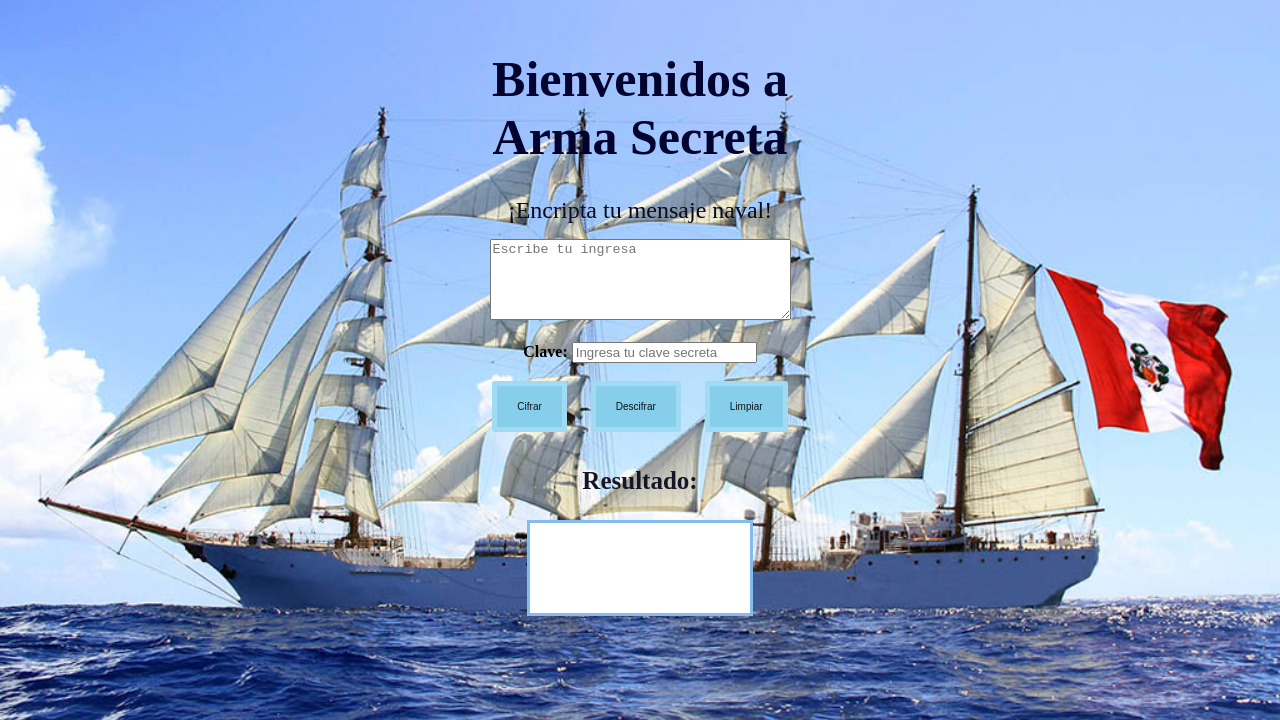
Repository: SusanaCahuantico/LIM009-Cipher
Page: src/index.html
An editor plug-in stored every save of this project. The page is shown before and after the next save, followed by the edit.
The browser window is 1280 px wide. The pictures show the whole page.

Above is the page before, as saved 2025-03-05 12:01:39.

### src/index.html

<!DOCTYPE html>
<html lang="en">
<head>
  <meta charset="UTF-8">
  <title>Arma Secreta</title>
  <link rel="stylesheet" href="style.css">
</head>
<body>
  <h1>Bienvenidos a <br>
  Arma Secreta</h1>
  <h2>¡Encripta tu mensaje naval!</h2>
  <center>
  <div class="cajita">
      <textarea id="mensaje" cols="35" rows="5" placeholder="Escribe tu ingresa"></textarea>
      <br><br>
      <strong>Clave:</strong> <input type="text" id="offset" placeholder="Ingresa tu clave secreta">
      <br><br>
      <button id="cifrar" class="btn">Cifrar</button>
      <button id="descifrar" class="btn">Descifrar</button>
      <button id="limpiar" class="btn">Limpiar</button>
      <h3>Resultado:</h3>
      <p id="result"></p>
  </div>
</center>
  <script src="cipher.js"></script>
  <script src="index.js"></script>
</body>
</html>

### src/style.css
body {
    background-image: url(fondo/fondo4.jpg);
    background-position: center;
    background-repeat: no-repeat;
    background-attachment: fixed;
    background-size: cover;
}
h1{
    text-align: center;
    margin-top: 50px;
    font-size: 50px;
    color: rgb(3, 3, 48);
}
.cajita{
    margin: auto;

}
h2{
    text-align: center;
    line-height: 20px;
    font-weight: 200;
    color: rgb(10, 10, 31);
}
h3{
    margin-top: 35px;
    color: rgb(22, 22, 41);
    font-size: 25px;
    text-align: center;
}
p{
    text-align: center;
    font-style: solid;
    width: 200px;
    height: 70px;
    background-color: white;
    border: 3px;
    padding: 10px;
    border: 3px solid rgb(133, 188, 240);
    padding: 10px;
}
.btn{
    font-size: 10px;
    background-color: skyblue;
    color: rgb(13, 19, 24);
    border: 5px solid rgb(160, 219, 243);
    padding: 15px 20px 15px 20px;
    border-radius: 3px;
    margin: 0em 1em 0em;

}

### src/cipher.js
window.cipher = {
	encode: (offset, string) => {
		const despl = parseInt(offset);
		let result = "";

		for(let i=0; i<string.length; i++){
			let number = string.charCodeAt(i);
			if(number>=65 && number<=90){
				result += String.fromCharCode((number - 65 + despl ) % 26 + 65);
			}
			else if (number === 32) {
				 result += String.fromCharCode(32);
			}
			else if (number >= 97 && number <= 122) {
				result += String.fromCharCode((number-97 + despl) % 26 + 97);
			}
			else if (number >= 33 && number <= 64) {
				result += String.fromCharCode((number - 33 + despl) % 32 + 33);
			}
			else {
				result = "Fuera de rango";
			}
		}  return result;
	},

	decode: (offset, string) => {
		const despl = parseInt(offset);
		let result = "";

		for(let i=0; i<string.length; i++){
			let number = string.charCodeAt(i);
			if(number>=65 && number<=90){
				result += String.fromCharCode((number - 65 - despl) % 26 + 65);
			}
			else if (number === 32) {
				 result += String.fromCharCode(32);
			}
			else if (number >= 97 && number <= 122) {
				result += String.fromCharCode((number - 97 - despl) % 26 + 97);
			}
			else if (number >= 33 && number <= 64) {
				result += String.fromCharCode((number - 33 - despl) % 32 + 33);
			}
			else{
				result = "Fuera de rango";
			}
		}  return result;
	},
};

### src/index.js
const offset = document.getElementById("offset");
const mensaje = document.getElementById("mensaje");
const btncifrar = document.getElementById("cifrar");
const btndescifrar = document.getElementById("descifrar");
const resulta = document.getElementById("result");
const clear = document.getElementById("limpiar");

btncifrar.addEventListener("click", () => {
    const mensajeCapturado = mensaje.value;
    const offsetCapturado = offset.value;
    resulta.innerHTML = cipher.encode(offsetCapturado, mensajeCapturado);
});

btndescifrar.addEventListener("click", () => {
    const mensajeCapturado = mensaje.value;
    const offsetCapturado = offset.value;
    resulta.innerHTML = cipher.decode(offsetCapturado, mensajeCapturado);
});

clear.addEventListener("click", () => {
    mensaje.value = " ";
    offset.value = " ";
    resulta.innerHTML = " ";
});

After the next save:
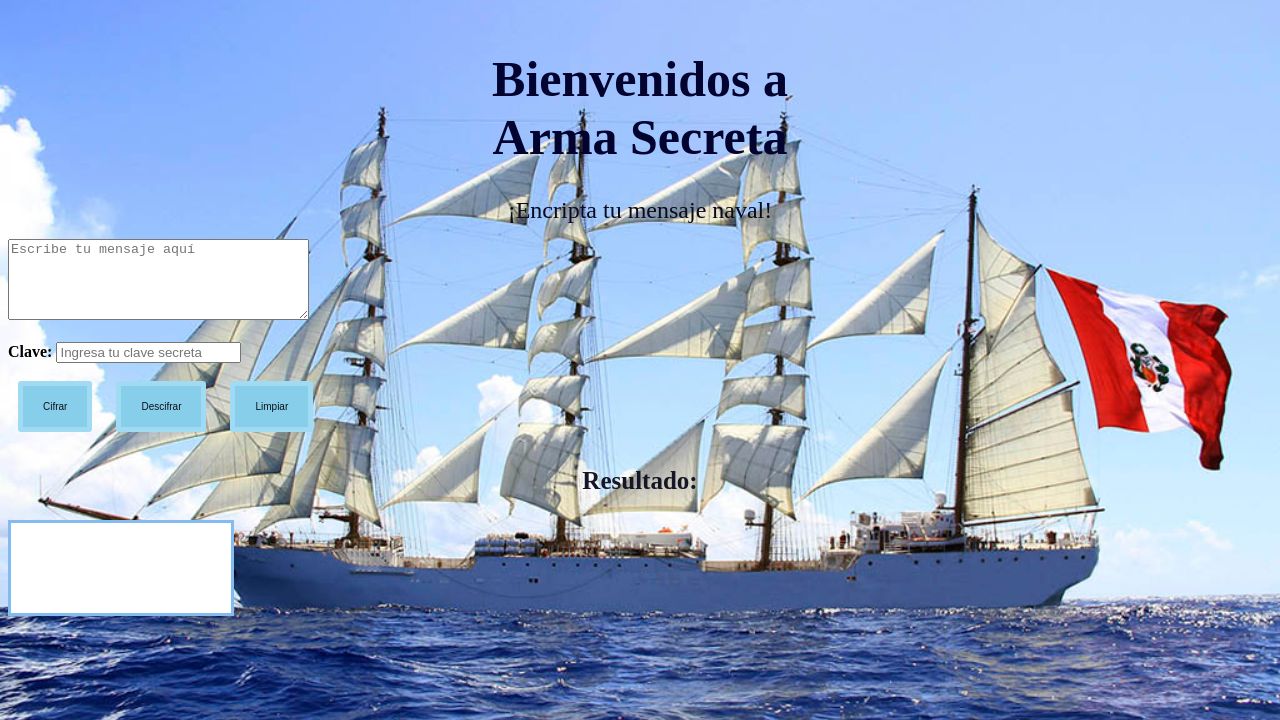
Saved 66 s later.
--- a/src/index.html
+++ b/src/index.html
@@ -1,28 +1,32 @@
-
 <!DOCTYPE html>
-<html lang="en">
+<html lang="es">
 <head>
   <meta charset="UTF-8">
+  <meta name="viewport" content="width=device-width, initial-scale=1.0">
   <title>Arma Secreta</title>
   <link rel="stylesheet" href="style.css">
 </head>
 <body>
-  <h1>Bienvenidos a <br>
-  Arma Secreta</h1>
-  <h2>¡Encripta tu mensaje naval!</h2>
-  <center>
-  <div class="cajita">
-      <textarea id="mensaje" cols="35" rows="5" placeholder="Escribe tu ingresa"></textarea>
+  <header>
+    <h1>Bienvenidos a <br>Arma Secreta</h1>
+    <h2>¡Encripta tu mensaje naval!</h2>
+  </header>
+  <main>
+    <div class="container">
+      <textarea id="mensaje" cols="35" rows="5" placeholder="Escribe tu mensaje aquí"></textarea>
       <br><br>
-      <strong>Clave:</strong> <input type="text" id="offset" placeholder="Ingresa tu clave secreta">
+      <label for="offset"><strong>Clave:</strong></label>
+      <input type="text" id="offset" placeholder="Ingresa tu clave secreta">
       <br><br>
-      <button id="cifrar" class="btn">Cifrar</button>
-      <button id="descifrar" class="btn">Descifrar</button>
-      <button id="limpiar" class="btn">Limpiar</button>
+      <div class="buttons">
+        <button id="cifrar" class="btn">Cifrar</button>
+        <button id="descifrar" class="btn">Descifrar</button>
+        <button id="limpiar" class="btn">Limpiar</button>
+      </div>
       <h3>Resultado:</h3>
       <p id="result"></p>
-  </div>
-</center>
+    </div>
+  </main>
   <script src="cipher.js"></script>
   <script src="index.js"></script>
 </body>
